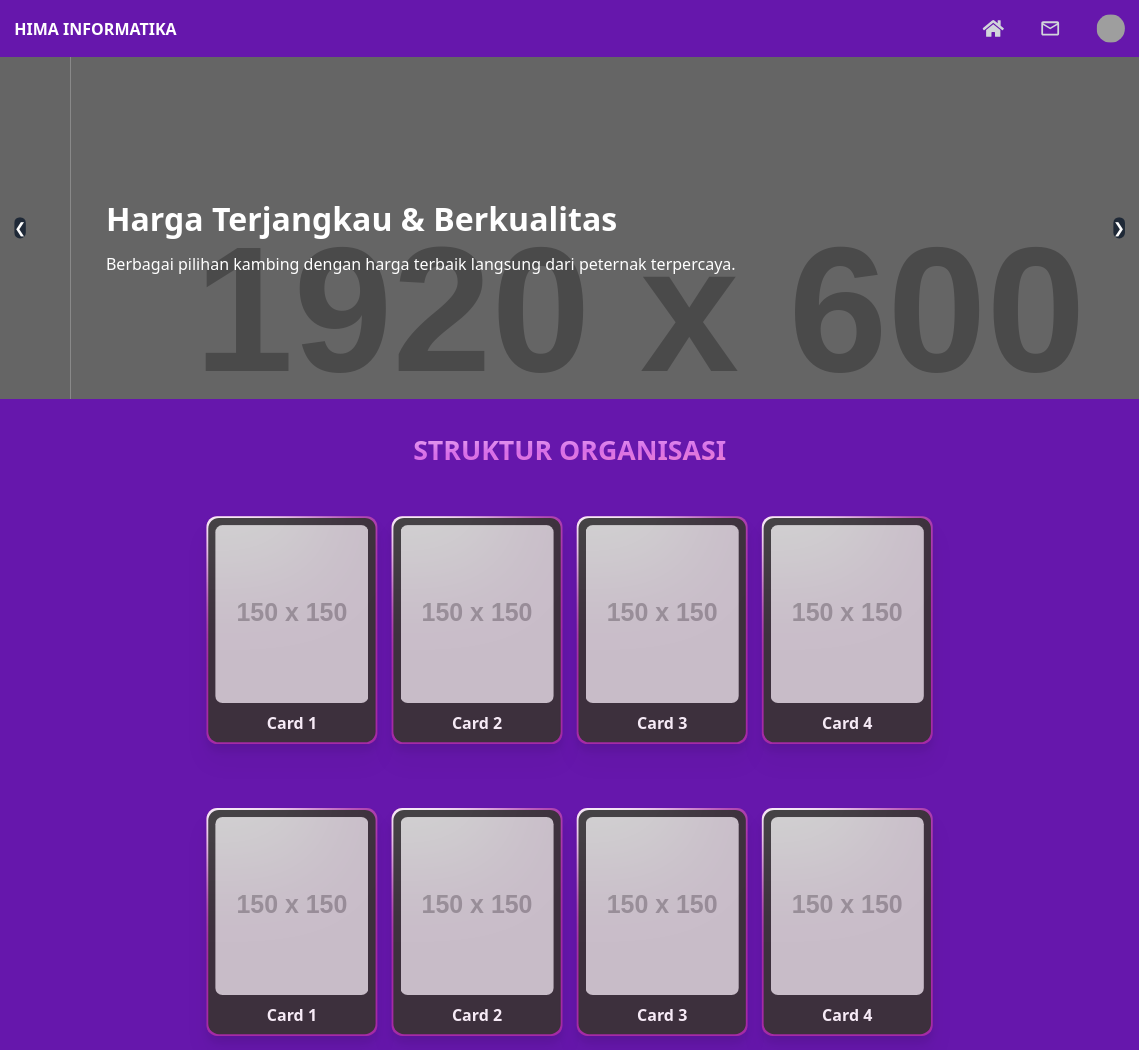
Repository: MUHAMADTEGARWIJAYA/himaif
Page: /
These files come from the project's save history. The page is drawn as it stood at one moment and after the next save; the edit follows.
The browser window is 1280 px wide. The pictures show the whole page, at 89% of full size.
Pictures or frames that could not be fetched are drawn as grey boxes. The project was rebuilt for these pictures with package versions that can differ from the ones it lists, and the page was loaded fresh each time. Also part of the build but not shown: vite.config.js.

Above is the page before, as saved 2024-12-21 13:27:19.

### src/main.jsx
import React from 'react'
import ReactDOM from "react-dom/client"
import './index.css'
import App from './App.jsx'
import { BrowserRouter } from 'react-router-dom'

ReactDOM.createRoot(document.getElementById('root')).render(
  <React.StrictMode>
    <BrowserRouter>
    <App />
    </BrowserRouter>
  </React.StrictMode>
);

### src/index.css
@tailwind base;
@tailwind components;
@tailwind utilities;

body{
    background-color: #8349d4;
}

### src/App.jsx
import { Routes, Route } from "react-router-dom";
import Slider from "./pages/Content";
import LandingPage from "./layout/LandingPageLay";
import Card from "./pages/Members";

export default function App() {
  return (
    <Routes>
      <Route element={<LandingPage />}>
         <Route path="/" element={<Slider   />}/>
         <Route path="/" element={<Card   />}/>
      </Route>
    </Routes>
  );
}

### src/pages/Content.jsx
import { useState, useEffect } from "react";

const Slider = () => {
  const slides = [
    {
      id: 1,
      image: "https://via.placeholder.com/1920x600", // Ganti dengan URL gambar
      title: "Mudah & Transparan! Kambing Langsung dari Peternak",
      description:
        "Akses langsung ke peternak, harga transparan, dan kualitas terjamin. Pilih kambing untuk kebutuhan Anda hanya di sini!, jdsudvudvbduvbdvbdiobvbvsudvds",
    },
    {
      id: 2,
      image: "https://via.placeholder.com/1920x600", // Ganti dengan URL gambar
      title: "Harga Terjangkau & Berkualitas",
      description:
        "Berbagai pilihan kambing dengan harga terbaik langsung dari peternak terpercaya.",
    },
    {
      id: 3,
      image: "https://via.placeholder.com/1920x600", // Ganti dengan URL gambar
      title: "Pesan Sekarang, Nikmati Kemudahan",
      description:
        "Proses cepat, aman, dan terintegrasi untuk kebutuhan kambing Anda.",
    },
  ];

  const [currentIndex, setCurrentIndex] = useState(0);

  useEffect(() => {
    const interval = setInterval(() => {
      setCurrentIndex((prevIndex) =>
        prevIndex === slides.length - 1 ? 0 : prevIndex + 1
      );
    }, 5000); // Ganti dengan waktu delay (ms)
    return () => clearInterval(interval);
  }, [slides.length]);

  const prevSlide = () => {
    setCurrentIndex(currentIndex === 0 ? slides.length - 1 : currentIndex - 1);
  };

  const nextSlide = () => {
    setCurrentIndex((currentIndex + 1) % slides.length);
  };

  return (
    <div className="relative w-full h-96 overflow-hidden">
      <div
        className="flex transition-transform duration-1000"
        style={{ transform: `translateX(-${currentIndex * 100}%)` }}
      >
        {slides.map((slide) => (
          <div
            key={slide.id}
            className="w-full h-[600px] flex-shrink-0 relative"
            style={{
              backgroundImage: `url(${slide.image})`,
              backgroundSize: "cover",
              backgroundPosition: "center",
            }}
          >
            <div className="absolute inset-0 bg-black bg-opacity-50 flex flex-col justify-center mb-48 items-start p-10 text-white">
              <h1 className="text-4xl font-bold mb-4">{slide.title}</h1>
              <p className="text-lg">{slide.description}</p>
            </div>
          </div>
        ))}
      </div>
      <button
        onClick={prevSlide}
        className="absolute top-1/2 left-4 -translate-y-1/2 bg-gray-800 text-white rounded-full"
      >
        &#10094;
      </button>
      <button
        onClick={nextSlide}
        className="absolute top-1/2 right-4 -translate-y-1/2 bg-gray-800 text-white rounded-full"
      >
        &#10095;
      </button>
    </div>
  );
};

export default Slider;

### src/layout/LandingPageLay.jsx
import Navbar from '../pages/Navbar';

import App from "../pages/Members";
import Slider from "../pages/Content";

const LandigPage = () => {
    return (
        <div className='bg-[#6617ac]'>
            <Navbar />
             <Slider />
             <App />
         </div>
    );
};

export default LandigPage;

### src/pages/Members.jsx
import PropTypes from "prop-types";

const Card = ({ title, image }) => {
  return (

    <div className="relative drop-shadow-xl w-48 h-64 overflow-hidden rounded-xl bg-[#a52ba5] transform transition-transform hover:scale-105 hover:rotate-2">
      <div className="absolute inset-0.5 flex flex-col items-center justify-between text-white z-[1] opacity-90 rounded-xl bg-[#323132] p-2">
        <img
          src={image}
          alt={title}
          className="w-full h-52 object-cover rounded-lg"
        />
        <h3 className="text-lg font-semibold mt-2">{title}</h3>
      </div>
      <div className="absolute w-56 h-48 bg-white blur-[50px] -left-1/2 -top-1/2"></div>
    </div>
  );
};

Card.propTypes = {
  title: PropTypes.string.isRequired,
  image: PropTypes.string.isRequired,
};

const App = () => {
  const cards = [
    {
      title: "Card 1",
      image: "https://via.placeholder.com/150",
    },
    {
      title: "Card 2",
      image: "https://via.placeholder.com/150",
    },
    {
      title: "Card 3",
      image: "https://via.placeholder.com/150",
    },
    {
      title: "Card 4",
      image: "https://via.placeholder.com/150",
    },
  ];

  return (
    <div className=" ">
       <h1 className="text-3xl font-semibold mt-10 text-center bg-clip-text text-transparent bg-[radial-gradient(ellipse_at_bottom_right,_var(--tw-gradient-stops))] from-[#ff93be] via-[#d76ee7] to-[#f1c7f9]">
        STRUKTUR ORGANISASI
        </h1>
                    {/*Ketua dan wakil  */}
                    <div className="flex flex-wrap justify-center gap-4 mt-10 p-4">
                    {cards.map((card, index) => (
                        <Card key={index} title={card.title} image={card.image} />
                    ))}
                    </div>

                    {/* Bendahara */}
                    <div className="flex flex-wrap justify-center gap-4 mt-10 p-4">
                    {cards.map((card, index) => (
                        <Card key={index} title={card.title} image={card.image} />
                    ))}
                    </div>

    </div>
  );
};

export default App;

### src/pages/Navbar.jsx
import  { useState, useEffect } from "react";
import { FaHome } from "react-icons/fa";
import { MdOutlineEmail } from "react-icons/md";

const Navbar = () => {
  const [isVisible, setIsVisible] = useState(true);

  useEffect(() => {
    const handleScroll = () => {
      // Check scroll position
      if (window.scrollY > 50) {
        setIsVisible(false); // Hide when scrolled down
      } else {
        setIsVisible(true); // Show when at top
      }
    };

    window.addEventListener("scroll", handleScroll);

    // Cleanup event listener on unmount
    return () => {
      window.removeEventListener("scroll", handleScroll);
    };
  }, []);

  return (
    <div className="relative">
      <div
        className={`flex items-center p-4 bg-transparent justify-between space-x-5 text-white transition-transform duration-300 ${
          isVisible ? "translate-y-0" : "-translate-y-full"
        }`}
      >
        {/* Bagian Kiri */}
        <div className="flex items-center">
          <span className="text-lg font-bold">HIMA INFORMATIKA</span>
        </div>

        {/* Bagian Kanan */}
        <div className="flex items-center relative space-x-10">
          <button className="text-gray-300 hover:text-white">
            <FaHome className="w-6 h-6" />
          </button>
          <button className="text-gray-300 hover:text-white">
            <MdOutlineEmail className="w-6 h-6" />
          </button>
          {/* Avatar */}
          <div className="flex items-center">
            <img
              src="image.jpg" // Gunakan default jika avatar kosong
              alt="User Avatar"
              className="w-8 h-8 rounded-full"
            />
          </div>
        </div>
      </div>
    </div>
  );
};

export default Navbar;

Loaded but not shown: index.html (common file); tailwind.config.js (common file)

After the next save:
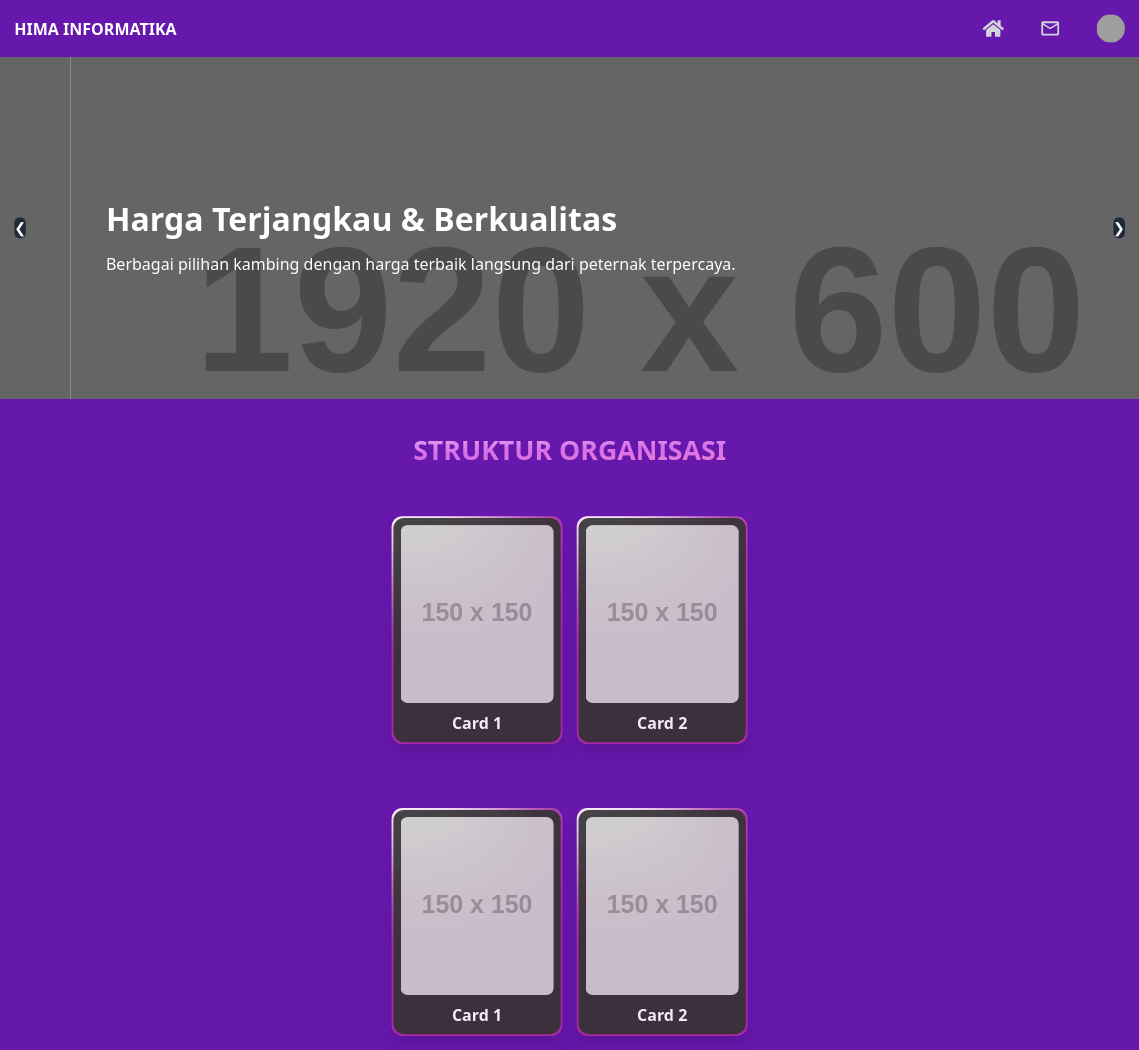
Saved 32 s later.
--- a/src/pages/Members.jsx
+++ b/src/pages/Members.jsx
@@ -32,14 +32,6 @@ const App = () => {
       title: "Card 2",
       image: "https://via.placeholder.com/150",
     },
-    {
-      title: "Card 3",
-      image: "https://via.placeholder.com/150",
-    },
-    {
-      title: "Card 4",
-      image: "https://via.placeholder.com/150",
-    },
   ];
 
   return (
